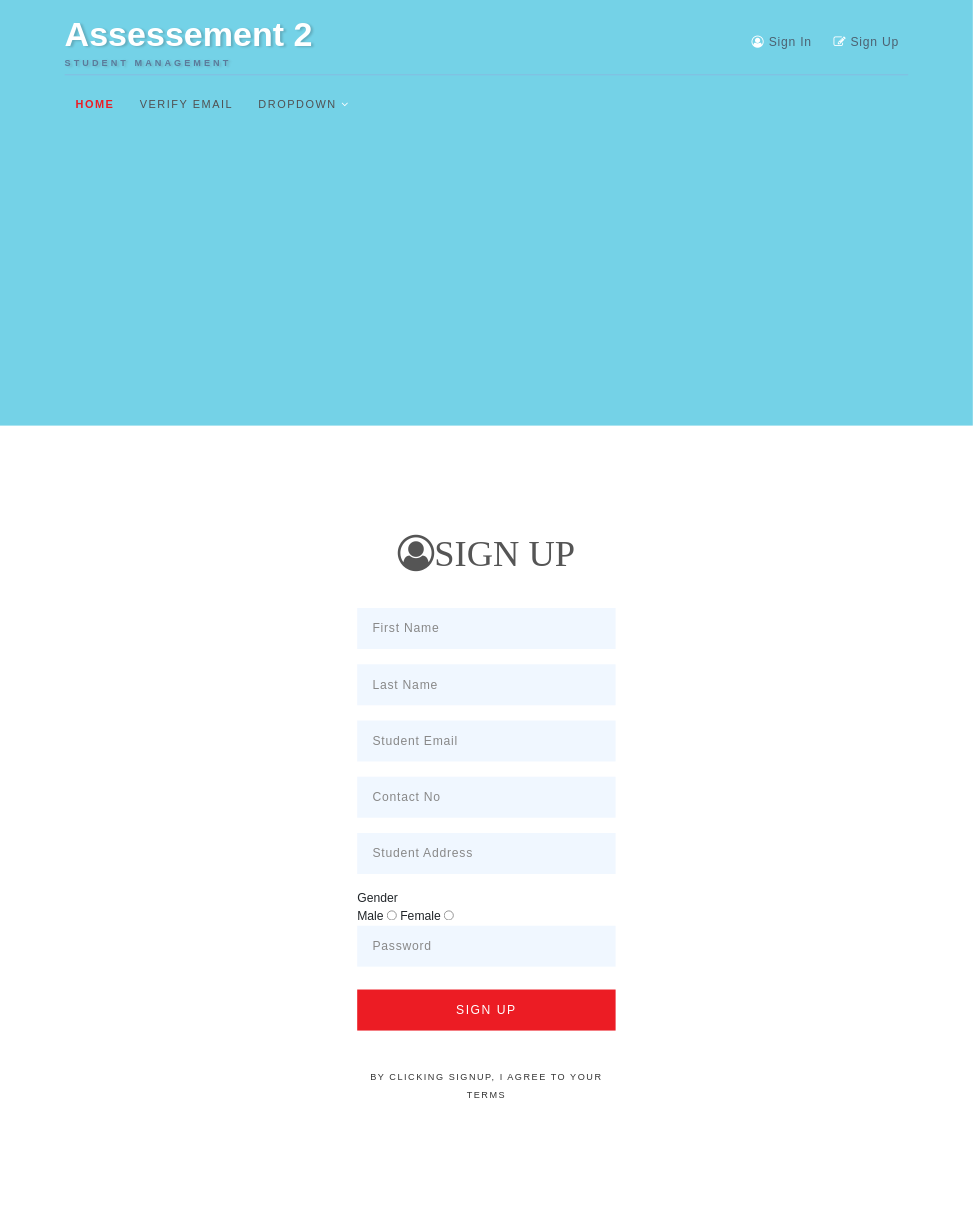
Repository: PallaviMadiya/Java-Framework-
Page: http://localhost/StudentApplication/register.jsp
These files come from the project's save history. The page is drawn as it stood at one moment and after the next save; the edit follows.
The browser window is 1280 px wide. The pictures show the whole page, at 76% of full size.
Some web fonts or font styles are not loaded; a fallback is used. The page is served by Tomcat 9.

Above is the page before, as saved 2023-10-17 12:34:11.

After the next save:
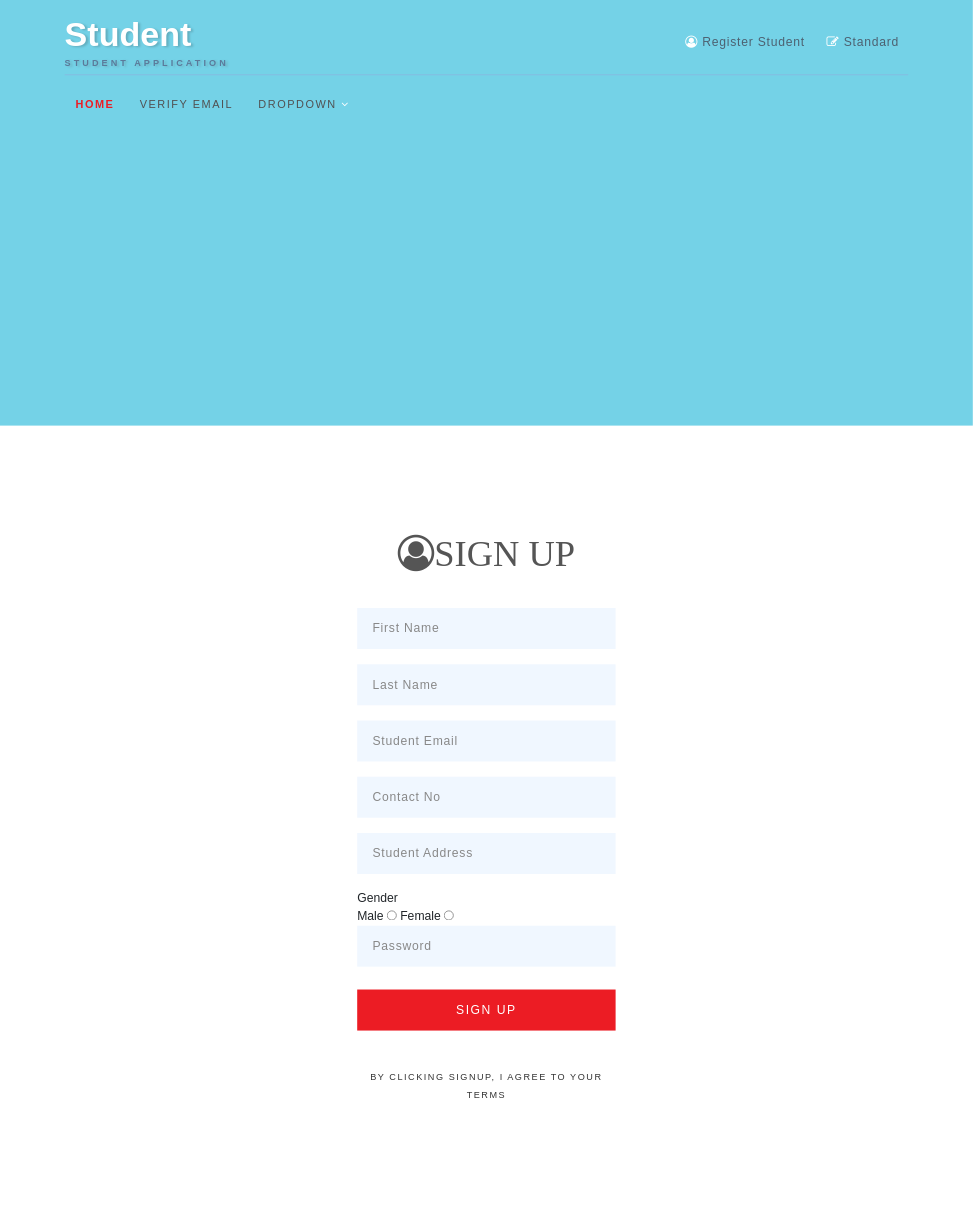
Saved 81 s later.
--- a/StudentApplication/src/main/webapp/header.jsp
+++ b/StudentApplication/src/main/webapp/header.jsp
@@ -48,12 +48,12 @@ License URL: http://creativecommons.org/licenses/by/3.0/
                 <!-- nav -->
                 <div class="top-w3pvt d-flex">
                     <div id="logo">
-                        <h1> <a href="index.jsp"><span class="log-w3pvt">Assessement 2</a> <label class="sub-des">Student Management</label></h1>
+                        <h1> <a href="index.jsp"><span class="log-w3pvt">Student</a> <label class="sub-des">Student Application</label></h1>
                     </div>
 
                     <div class="forms ml-auto">
-                        <a href="signin.jsp" class="btn"><span class="fa fa-user-circle-o"></span> Sign In</a>
-                        <a href="signup.jsp" class="btn"><span class="fa fa-pencil-square-o"></span> Sign Up</a>
+                        <a href="register.jsp" class="btn"><span class="fa fa-user-circle-o"></span> Register Student</a>
+                        <a href="stadard.jsp" class="btn"><span class="fa fa-pencil-square-o"></span> Standard</a>
                     </div>
                 </div>
                 <div class="nav-top-wthree">
